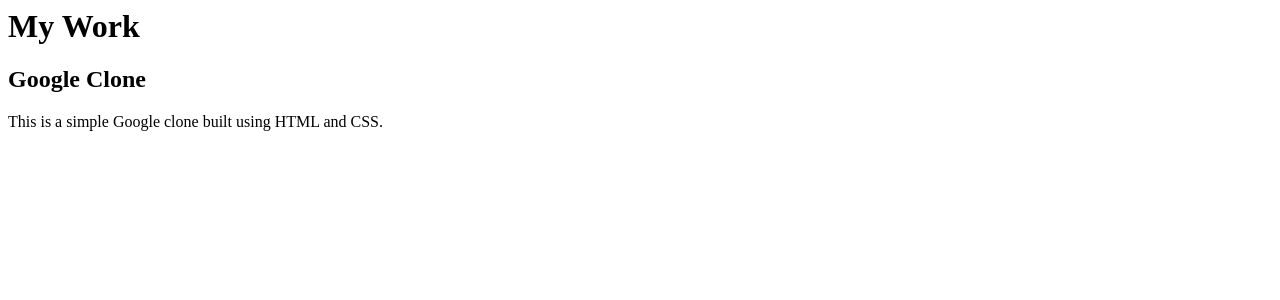
Repository: raghhavv03/html-css-practice
Page: task-3/work.html
The author's editor kept a copy of each file at every save. The page is drawn from the files as they stood at one save, then again after a run of saves.
The browser window is 1280 px wide. The pictures show the whole page.

Above is the page before, as saved 2026-02-02 18:29:57.

### task-3/work.html
<h1>My Work</h1>
<h2>Google Clone</h2>
<p>This is a simple Google clone built using HTML and CSS.</p>
<h2></h2>

After the next 4 saves:
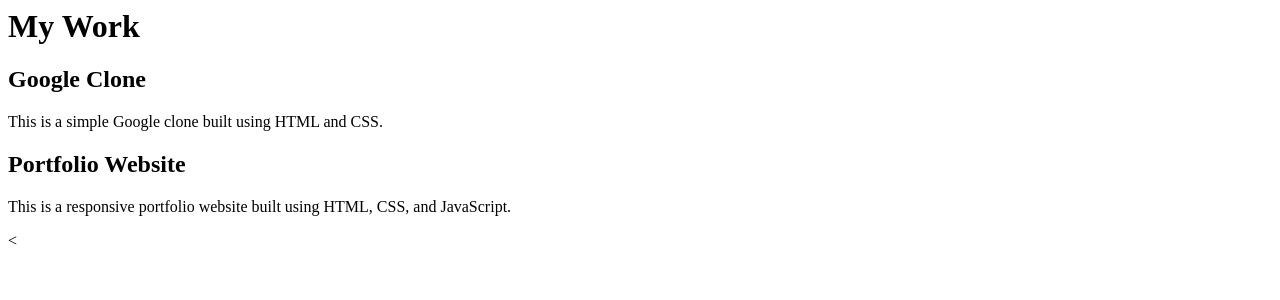
The 4 saves are shown as one change because they came seconds apart.
The last was saved 10 s later.
--- a/task-3/work.html
+++ b/task-3/work.html
@@ -1,4 +1,6 @@
 <h1>My Work</h1>
 <h2>Google Clone</h2>
 <p>This is a simple Google clone built using HTML and CSS.</p>
-<h2></h2>
+<h2>Portfolio Website</h2>
+<p>This is a responsive portfolio website built using HTML, CSS, and JavaScript.</p>
+<
